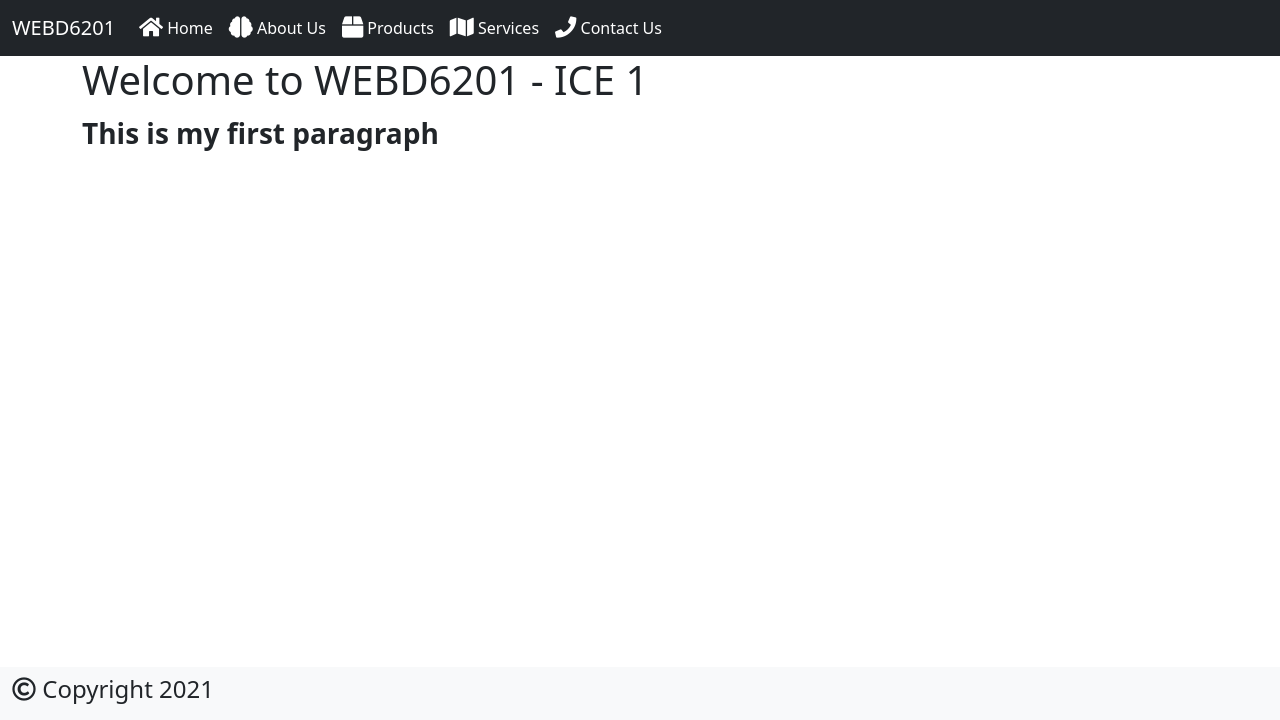
Repository: AshokSasi/WEBD6201-Week3
Page: products.html
These files come from the project's save history. The page is drawn as it stood at one moment and after the next save; the edit follows.
The browser window is 1280 px wide. The pictures show the whole page.

Above is the page before, as saved 2021-01-21 09:56:10.

After the next save:
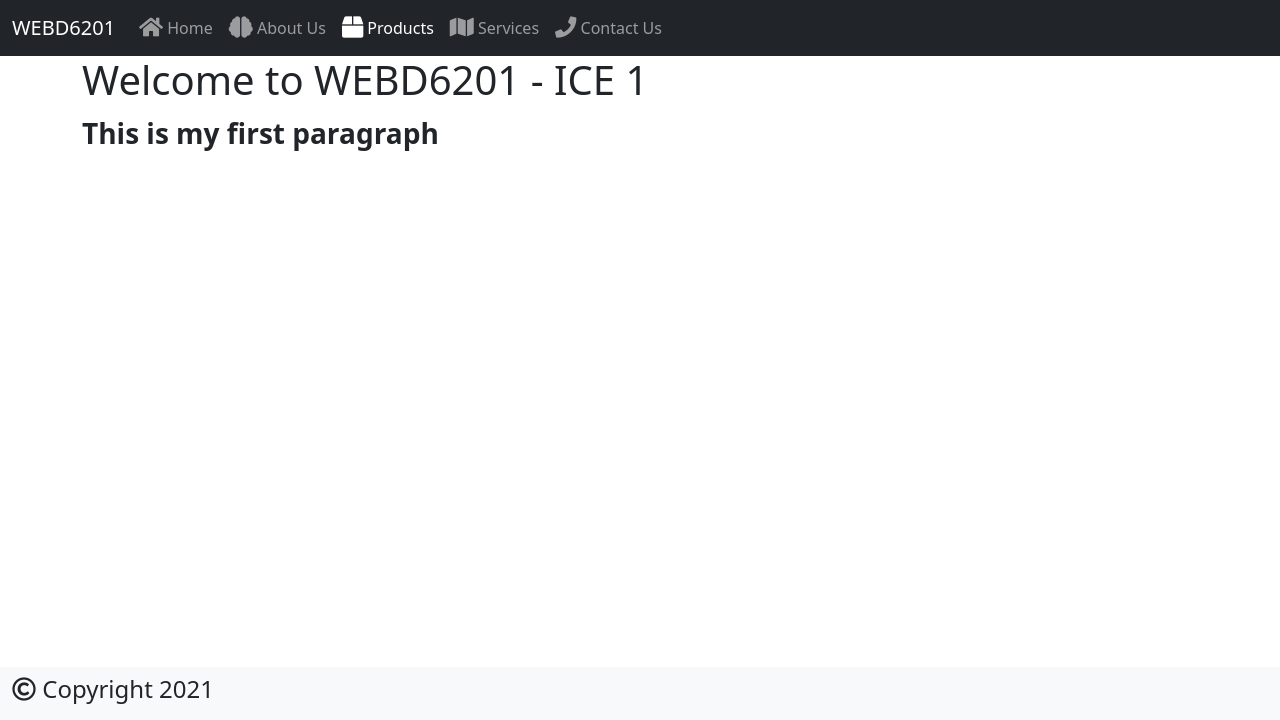
Saved 37 s later.
--- a/products.html
+++ b/products.html
@@ -3,7 +3,7 @@
 <head>
     <meta charset="UTF-8">
     <meta name="viewport" content="width=device-width, initial-scale=1.0">
-    <title>Home</title>
+    <title>Products</title>
     <!-- CSS Section-->
     <link rel="stylesheet" href="./Content/app.css">
     <link rel="stylesheet" href="./node_modules/bootstrap/dist/css/bootstrap.min.css">
@@ -22,19 +22,19 @@
               <div class="collapse navbar-collapse" id="navbarSupportedContent">
                 <ul class="navbar-nav me-auto mb-2 mb-lg-0">
                   <li class="nav-item">
-                    <a class="nav-link active" aria-current="page" href="index.html"><i class="fas fa-home fa-lg"></i> Home</a>
+                    <a class="nav-link" aria-current="page" href="index.html"><i class="fas fa-home fa-lg"></i> Home</a>
                   </li>
                   <li class="nav-item">
-                    <a class="nav-link active" aria-current="page" href="about.html"><i class="fas fa-brain fa-lg"></i> About Us</a>
+                    <a class="nav-link" aria-current="page" href="about.html"><i class="fas fa-brain fa-lg"></i> About Us</a>
                   </li>
                   <li class="nav-item">
                     <a class="nav-link active" aria-current="page" href="products.html"><i class="fas fa-box fa-lg"></i> Products</a>
                   </li>
                   <li class="nav-item">
-                    <a class="nav-link active" aria-current="page" href="services.html"><i class="fas fa-map fa-lg"></i> Services</a>
+                    <a class="nav-link" aria-current="page" href="services.html"><i class="fas fa-map fa-lg"></i> Services</a>
                   </li>
                   <li class="nav-item">
-                    <a class="nav-link active" aria-current="page" href="contact.html"><i class="fas fa-phone fa-lg"></i> Contact Us</a>
+                    <a class="nav-link" aria-current="page" href="contact.html"><i class="fas fa-phone fa-lg"></i> Contact Us</a>
                   </li>
                 </ul>
 
